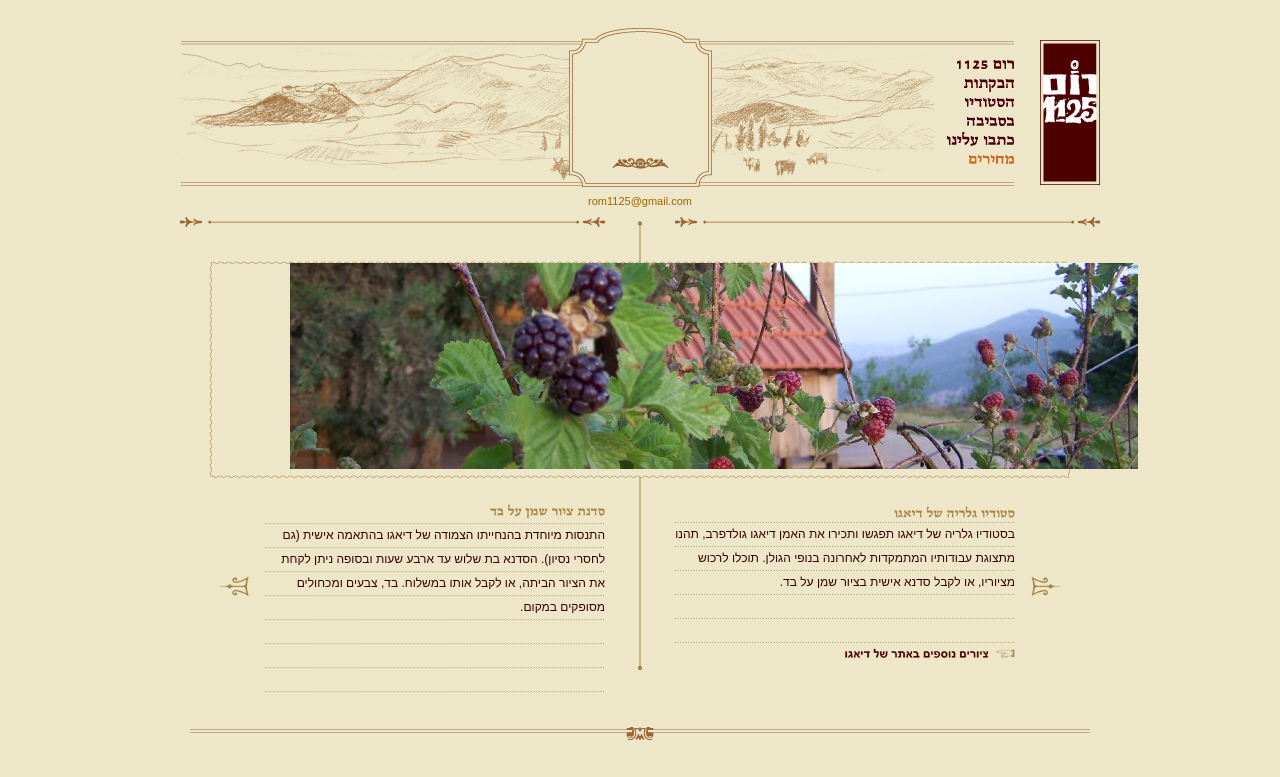
Repository: asafg/rom1125
Page: rom1125/WebContent/prices.html
These files come from the project's save history. The page is drawn as it stood at one moment and after the next save; the edit follows.
The browser window is 1280 px wide. The pictures show the whole page.

Above is the page before, as saved 2010-05-22 18:53:18.

After the next save:
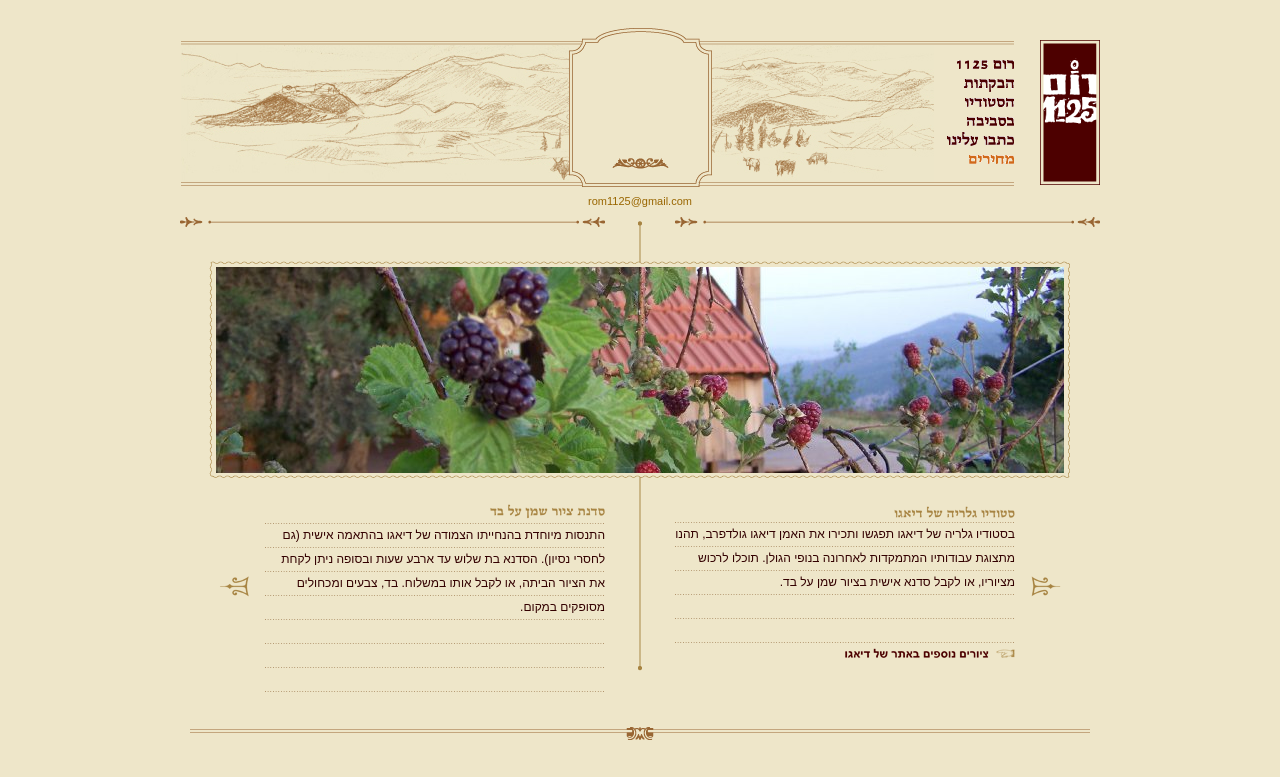
Saved 3 min 51 s later.
--- a/rom1125/WebContent/css/studio.css
+++ b/rom1125/WebContent/css/studio.css
@@ -9,7 +9,7 @@
 
 #prices_wide_photo
 {
-	margin: 2px 2px 2px 2px;
+	margin: 6px 76px;
 }
 
 #bottom_right_part
